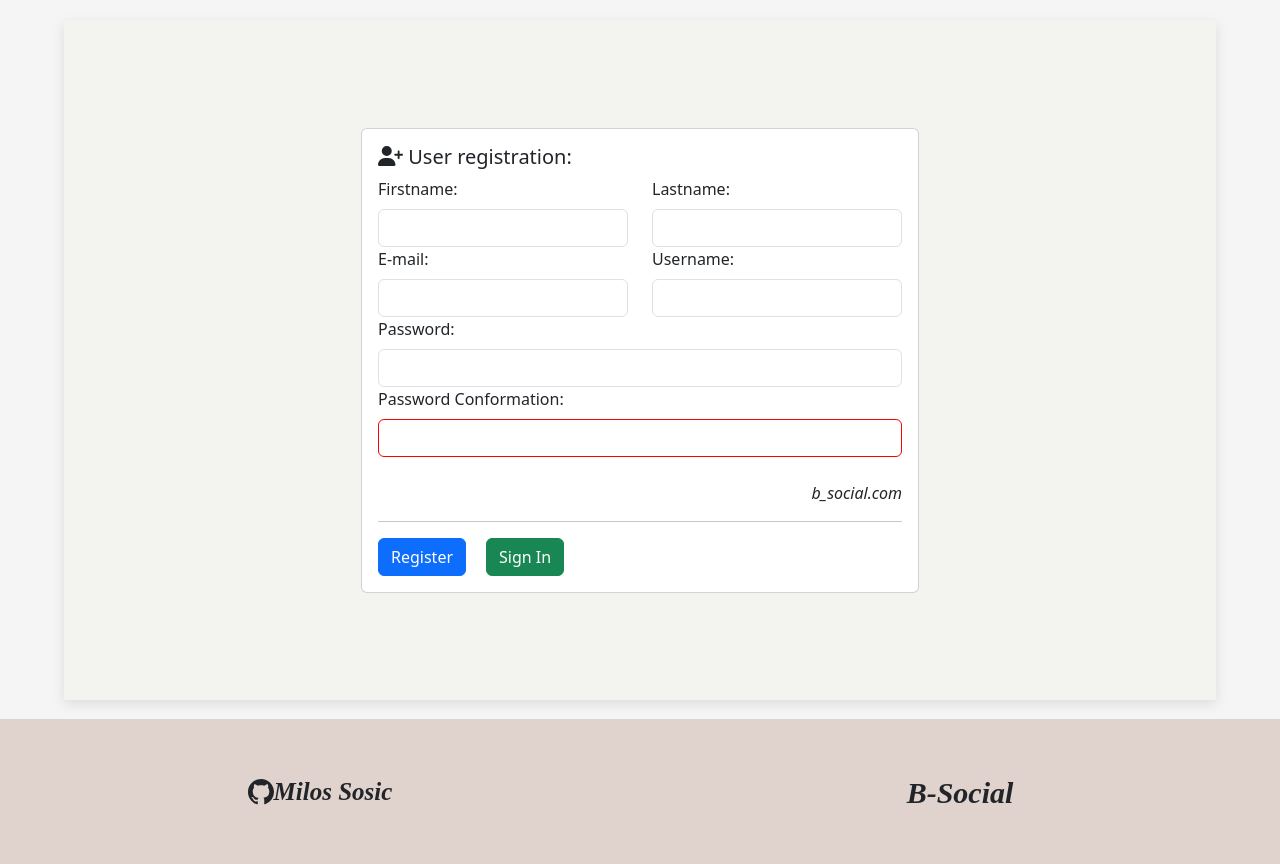
Repository: mcedo1/b-Social-app
Page: /reg
The author's editor kept a copy of each file at every save. The page is drawn from the files as they stood at one save, then again after the next save.
The browser window is 1280 px wide. The pictures show the whole page.
The project was rebuilt for these pictures with package versions that can differ from the ones it lists, and the page was loaded fresh each time. Also part of the build but not shown: src/config/apiconfig.js, src/API/Api.js, src/components/log.reg.component/Login.js, src/components/main.page.component/MainPage.css, src/components/main.page.component/sideBar.js, src/components/submain.component/Submain.css, src/components/submain.component/Comment.js, src/components/submain.component/Modal.js and 5 more.

Above is the page before, as saved 2024-02-03 10:25:54.

### src/index.js
import React from 'react';
import ReactDOM from 'react-dom/client';
import './index.css';
import App from './App';
import reportWebVitals from './reportWebVitals';
import {
  BrowserRouter as Router
} from "react-router-dom";
import 'bootstrap/dist/css/bootstrap.min.css';
const root = ReactDOM.createRoot(document.getElementById('root'));
root.render(
  <React.StrictMode>
    <Router>
      <App />
    </Router>
  </React.StrictMode>
);

// If you want to start measuring performance in your app, pass a function
// to log results (for example: reportWebVitals(console.log))
// or send to an analytics endpoint. Learn more: https://bit.ly/CRA-vitals
reportWebVitals();

### src/App.js
import './App.css';
import Footer from './components/footer.component/Footer';
import Login from './components/log.reg.component/Login';
import Registration from './components/log.reg.component/Registration';
import MainPage from './components/main.page.component/MainPage';
import WebSocket from 'websocket';
import { useEffect } from 'react';
import {
  Routes,
  Route,
} from "react-router-dom";
import AboutUsCommponent from './components/about.us.component/AboutUs';


function App() {
//   useEffect(() => {
//     // Establish a WebSocket connection
//     const ws = new WebSocket('wss://localhost:8080');

//     // Set up event listeners
//     ws.onopen = () => {
//       console.log('WebSocket connection opened');
//     };

//     ws.onmessage = (event) => {
//       console.log('Received message:', event.data);
//       // Handle the incoming message
//     };

//     ws.onclose = () => {
//       console.log('WebSocket connection closed');
//     };

//     // Clean up the WebSocket connection when the component is unmounted
//     return () => {
//       ws.close();
//     };
//   }, []);


  return (
    <div className='App'>
      <div className="Main">
        <Routes>
          <Route index path="/" element={<Login />} />
          <Route path="/reg" element={<Registration />} />
          <Route path="/main" element={<MainPage />} />
          <Route path='aboutUs' element={<AboutUsCommponent/>}/>
        </Routes>
      </div>
      <Footer/>
     </div>
  );
}

export default App;

### src/components/footer.component/Footer.js
import React from 'react'
import './Footer.css';

function Footer() {
  return (
      <div className='Footer'>
      <div className='Left'>
      <svg xmlns="http://www.w3.org/2000/svg" width="26" height="26" fill="currentColor" class="bi bi-github" viewBox="0 0 16 16">
  <path d="M8 0C3.58 0 0 3.58 0 8c0 3.54 2.29 6.53 5.47 7.59.4.07.55-.17.55-.38 0-.19-.01-.82-.01-1.49-2.01.37-2.53-.49-2.69-.94-.09-.23-.48-.94-.82-1.13-.28-.15-.68-.52-.01-.53.63-.01 1.08.58 1.23.82.72 1.21 1.87.87 2.33.66.07-.52.28-.87.51-1.07-1.78-.2-3.64-.89-3.64-3.95 0-.87.31-1.59.82-2.15-.08-.2-.36-1.02.08-2.12 0 0 .67-.21 2.2.82.64-.18 1.32-.27 2-.27s1.36.09 2 .27c1.53-1.04 2.2-.82 2.2-.82.44 1.1.16 1.92.08 2.12.51.56.82 1.27.82 2.15 0 3.07-1.87 3.75-3.65 3.95.29.25.54.73.54 1.48 0 1.07-.01 1.93-.01 2.2 0 .21.15.46.55.38A8.01 8.01 0 0 0 16 8c0-4.42-3.58-8-8-8"/>
</svg>
       <b> Milos Sosic</b>
      </div>
      <div className='Right'>
        <i>B-Social</i>
      </div>
    </div>
  )
}

export default Footer

### src/components/log.reg.component/Registration.js
import './Login.css'
import { faUserPlus } from '@fortawesome/free-solid-svg-icons';
import { FontAwesomeIcon } from '@fortawesome/react-fontawesome';
import React, { useState } from 'react'
import { Card, Col, Container, Form, Alert, Button, Row} from 'react-bootstrap';
import { useNavigate } from "react-router-dom";


function Registration() {

    const navigate = useNavigate();

    const [user, setUser] = useState({
        username: '',
        firstName: '',
        lastName: '',
        email: '',
        password: ''
    });

    const handleRegistration = () => {
        console.log(user)
    }

    return (

        <div className='Login'>

            <Container>
                <Col md={{ span: 6, offset: 3 }}>
                    <Card>
                        <Card.Body>
                            <Card.Title>
                                    <FontAwesomeIcon icon={faUserPlus} /> User registration:
                            </Card.Title>
                            <Form>
                                <Row>
                                    <Col md="6">
                                        <Form.Group>
                                            <Form.Label htmlFor="surname">Firstname:</Form.Label>
                                            <Form.Control type='text' id="surname" value={user.firstName} onChange={e=> setUser({...user, firstName:e.target.value})}/>
                                        </Form.Group>
                                    </Col>
                                    <Col md="6">
                                        <Form.Group>
                                            <Form.Label htmlFor="forename">Lastname:</Form.Label>
                                            <Form.Control type='text' id="forename" value={user.lastName} onChange={e=> setUser({...user, lastName:e.target.value})} />
                                        </Form.Group>
                                    </Col>
                                </Row>
                                <Row>
                                    <Col md="6">
                                        <Form.Group>
                                                <Form.Label htmlFor="email">E-mail:</Form.Label>
                                                <Form.Control type='email' id="email" value={user.email} onChange={e=> setUser({...user, email:e.target.value})} />
                                        </Form.Group>
                                    </Col>
                                    <Col md="6">
                                        <Form.Group>
                                            <Form.Label htmlFor="username">Username:</Form.Label>
                                            <Form.Control type='text' id="username" value={user.username} onChange={e=> setUser({...user, username: e.target.value})} />
                                        </Form.Group>
                                    </Col>
                                </Row>
                                <Form.Group>
                                    <Form.Label htmlFor="password">Password:</Form.Label>
                                    <Form.Control type='password' id="password" value={user.password} onChange={e=> setUser({...user, password:e.target.value})}/>
                                    <Form.Label htmlFor="password">Password Conformation:</Form.Label>
                                    <Form.Control type='password' id="password" value={user.password} style={{borderColor:'red'}} onChange={e=> setUser({...user, password:e.target.value})}/>
                                </Form.Group>

                                <br />
                                <p style={{display:'flex',justifyContent:'end'}}><i>b_social.com</i></p>
                                <hr/>
                                <Form.Group>
                                    <Button variant='primary' style={{ marginRight: '20px' }}
                                        onClick={handleRegistration}
                                    >
                                        Register
                                    </Button>
                                    <Button variant='success' onClick={()=>navigate("/")} >
                                        Sign In
                                    </Button>
                                </Form.Group>
                            </Form>
                            <Alert style={{marginTop:'15px'}} variant='danger' className={false ? '' : 'd-none'}>Greska</Alert>
                        </Card.Body>
                    </Card>
                </Col>
            </Container>
        </div>
  )
}

export default Registration

### src/components/footer.component/Footer.css
.Footer {
  background-color: #e0d3ce;

  height: 20vh;
  display: flex;
  flex-direction: row;
  box-shadow: rgba(0, 0, 0, 0.02) 0px 1px 3px 0px,
    rgba(27, 31, 35, 0.15) 0px 0px 0px 1px;
}
.Left {
  flex: 1;
  display: flex;
  justify-content: center;
  align-items: center;
  font-size: 25px;
  font-family: "Times New Roman", Times, serif;
  font-style: italic;
}

.Left b:hover {
  cursor: pointer;
  font-size: 27px;
}

.Right {
  flex: 1;
  display: flex;
  justify-content: center;
  align-items: center;
  font-family: "Times New Roman", Times, serif;
  font-weight: 700;
  font-size: 30px;
}

.Right i:hover {
  cursor: pointer;
  font-size: 31px;
}

### src/components/log.reg.component/Login.css
.Login {
    flex: 1;
    display: flex;
    justify-content: center;
    align-items: center;
    background-color: #f3f3ef;
    box-shadow: rgba(0, 0, 0, 0.1) 0px 4px 12px;
    margin: 20px 0;
}

p:hover {
    cursor: default;
}

Loaded but not shown: public/index.html (common file); src/index.css (common file); src/reportWebVitals.js (common file); src/App.css (common file)

After the next save:
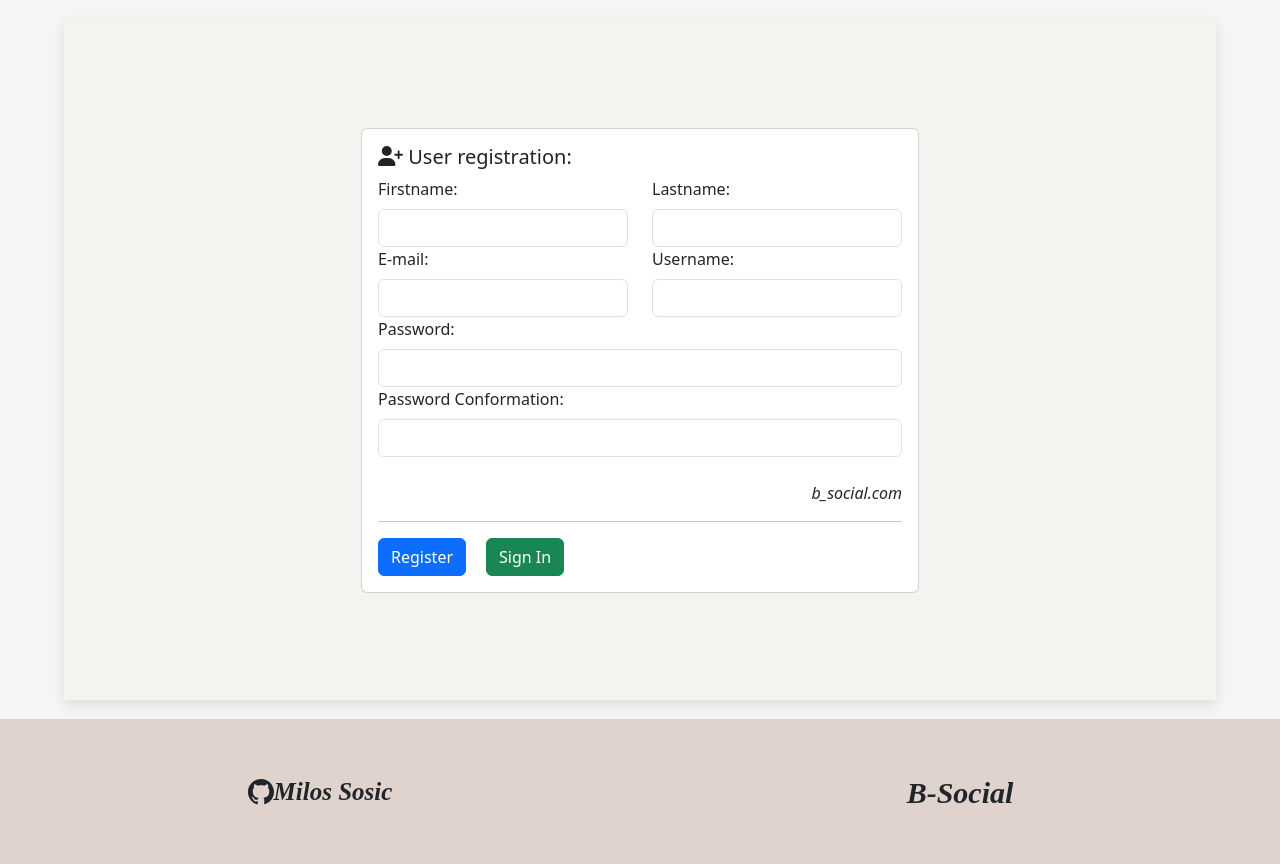
Saved 17 s later.
--- a/src/components/log.reg.component/Registration.js
+++ b/src/components/log.reg.component/Registration.js
@@ -66,7 +66,7 @@ function Registration() {
                                     <Form.Label htmlFor="password">Password:</Form.Label>
                                     <Form.Control type='password' id="password" value={user.password} onChange={e=> setUser({...user, password:e.target.value})}/>
                                     <Form.Label htmlFor="password">Password Conformation:</Form.Label>
-                                    <Form.Control type='password' id="password" value={user.password} style={{borderColor:'red'}} onChange={e=> setUser({...user, password:e.target.value})}/>
+                                    <Form.Control type='password' id="password" value={user.password} style={{borderColor:'none'}} onChange={e=> setUser({...user, password:e.target.value})}/>
                                 </Form.Group>
 
                                 <br />
